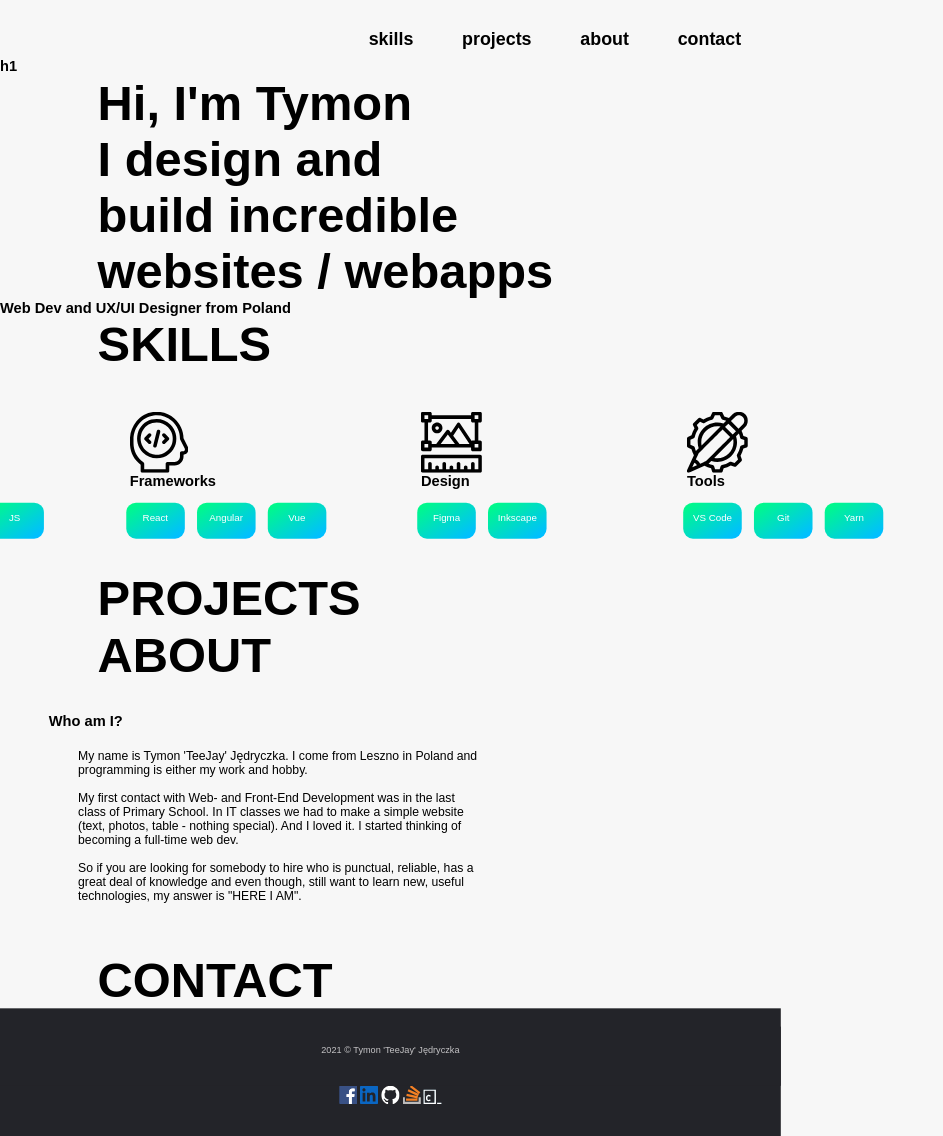
Repository: TeeJaysDev/Portfolio
Page: index.html
The author's editor kept a copy of each file at every save. The page is drawn from the files as they stood at one save, then again after a run of saves.
The browser window is 1280 px wide. The page is 1546 px wide, so the pictures cover 1546 px, including what lies to the right of the window. The pictures show the whole page, at 61% of full size.

Above is the page before, as saved 2021-04-24 18:17:13.

### index.html
<!DOCTYPE html>
<html lang="en">
<head>
    <meta charset="UTF-8">
    <meta http-equiv="X-UA-Compatible" content="IE=edge">
    <meta name="viewport" content="width=device-width, initial-scale=1.0">
    <script type="text/javascript" src="script.js"></script>
    <link rel="stylesheet" href="style.css">
    <link href="https://fonts.googleapis.com/css2?family=Raleway&display=swap" rel="stylesheet">
    <link href="https://fonts.googleapis.com/css2?family=Quicksand:wght@700&display=swap" rel="stylesheet">
    <title>Tymon Jędryczka | Portfolio</title>
</head>
<body>
    <nav>
        <a href="#skills"><h3>skills</h3></a>
        <a href="#projects"><h3>projects</h3></a>
        <a href="#about"><h3>about</h3></a>
        <a href="#contact"><h3>contact</h3></a>
    </nav>
    <header>
        <h2 class="welcome_part_h1">h1</h2>
        <h1 class="welcome_part">
            Hi, I'm <strong>Tymon</strong><br>
            I design <strong>and</strong><br>
            build <strong>incredible</strong><br>
            websites / <strong>webapps</strong>
        </h1>
        <h2 class="welcome_part_h2">
            Web Dev and UX/UI Designer from Poland
        </h2>
    </header>
    <main>
        <h1>
            SKILLS
        </h1>
        <section id="skills">
                <div class="languages">
                    <div class="box">
                        <div class="imageh2">
                            <img src="Images/svg/languages.svg">
                            <h2>Languages</h2>
                        </div>
                        <div class="text">
                            <li>HTML</li>
                            <li>CSS</li>
                            <li>JS</li>
                        </div>
                    </div>
                </div>
                <div class="frameworks">
                    <div class="box">
                        <div class="imageh2">
                            <img src="Images/svg/frameworks.svg">
                            <h2>Frameworks</h2>
                        </div>
                        <div class="text">
                            <li>React</li>
                            <li>Angular</li>
                            <li>Vue</li>
                        </div>
                    </div>
                </div>
                <div class="design">
                    <div class="box">
                        <div class="imageh2">
                            <img src="Images/svg/design.svg">
                            <h2>Design</h2>
                        </div>
                        <div class="text">
                            <li>Figma</li>
                            <li>Inkscape</li>
                        </div>
                    </div>
                </div>
                <div class="tools">
                    <div class="box">
                        <div class="imageh2">
                            <img src="Images/svg/tools.svg">
                            <h2>Tools</h2>
                        </div>
                        <div class="text">
                            <li>VS Code</li>
                            <li>Git</li>
                            <li>Yarn</li>
                        </div>
                    </div>
                </div>
        </section>
        <section id="projects">
            <h1>
                PROJECTS
            </h1>
        </section>
        <section id="about">
            <h1>
                ABOUT
            </h1>
            <h2>
                Who am I?
            </h2>
            <p>
                My name is Tymon 'TeeJay' Jędryczka. I come from Leszno in Poland and programming is either my work and hobby.
                <br><br>
                My first contact with Web- and Front-End Development was in the last class of Primary School. In IT classes we had to make a simple website (text, photos, table - nothing special). And I loved it. I started thinking of becoming a full-time web dev.
                <!-- <br><br> I am also a self-taught dev and with CodeCademy and YouTube I get knowledge of HTML5, CSS3, JS, and its frameworks (React, Angular, Vue). I call myself a 2-in-1 developer 'cause I design things (usually in Figma) and then make them real by writing some code. -->
                <br><br>
                So if you are looking for somebody to hire who is punctual, reliable, has a great deal of knowledge and even though, still want to learn new, useful technologies, my answer is "HERE I AM".
            </p>
        </section>
        <section id="contact">
            <h1>
                CONTACT
            </h1>
        </section>
    </main>
    <footer>
        <h4>2021 &copy; Tymon 'TeeJay' Jędryczka</h4>
        <li><a href="https://facebook.com/tymonjedr/" target="_blank"><img src="Images/svg/facebook.svg" alt="Facebook LOGO"></a></li>
        <li><a href="https://linkedin.com/in/tymon-jedryczka/" target="_blank"><img src="Images/svg/linkedin.svg" alt="LinkedIn LOGO"></a></li>
        <li><a href="https://github.com/TeeJaysDev" target="_blank"><img src="Images/svg/github.svg" alt="GitHub LOGO"></a></li>
        <li><a href="https://stackoverflow.com/users/15029595/teejaysdev" target="_blank"><img src="Images/svg/stack.svg" alt="Stack LOGO"></a></li>
        <li><a href="https://codecademy.com/profiles/TeeJaysDev" target=”_blank”><img src="Images/svg/codecademy.svg" alt="CodeCademy LOGO"></a></li>
    </footer>
</body>
</html>

### style.css
* {
    margin: 0;
    padding: 0;
    font-family: sans-serif;
    text-decoration: none;
}

body {
    background-color: #F7F7F7;
}

nav {
    display: flex;
    justify-content: flex-end;
    margin-right: 0rem;
    margin-top: 0rem;
}

nav a {
    color: #000000;
    padding: 0.938rem;
    margin-top: 2rem;
    margin-right: 3.125rem;
    font-size: 1.563rem;
}

 main .welcome_part_h1 {
    font-family: monospace;
    font-size: 3.75rem;
    margin-top: 9rem;
    margin-left: 2.5rem;
    margin-bottom: 0rem;
}

main .welcome_part {
    margin-top: 2rem;
    margin-left: 5rem;
    margin-bottom: 2rem;
    font-family: Raleway;
    font-weight: lighter;
    font-size: 5rem;
    min-width: 18ch;
}

main .welcome_part_h2 {
    margin-bottom: 13rem;
    margin-left: 4rem;
}

main {

}

#skills {
    display: flex;
    justify-content: center;
}

h1 {
    font-size: 5rem;
    margin-left: 10rem;
}

.imageh2 {
    display: flex;
    flex-wrap: wrap;
    align-items: flex-start;
    margin: 4rem 20rem 1rem 1rem;
}

.text {
    display: flex;
    flex-wrap: wrap;
}

.text li {
    list-style: none;
    margin: 1rem;
    color: #fff;
    padding-top: 1rem;
    text-align: center;
    align-items: center;
    border-radius: 1rem;
    margin: 5px 10px;
    width: 6rem;
    background-image: linear-gradient(147deg,#00FF7F,#00BFFF 90%);
    padding-bottom: 25px;
}

#about p {
    font-size: 1.25rem;
    max-width: 60ch;
    margin-left: 8rem;
    margin-bottom: 5rem;
    margin-top: 2rem;
}

#about h2 {
    margin-left: 5rem;
    margin-top: 3rem;
}

#projects h1 {
    width: 15%;
    margin-top: 3rem;
}

#about h1 {
    width: 15%;
}

#contact h1 {
    width: 17%;
}

footer, footer h4 {
    color: #C5C4C6;
    background-color: #232429;
    font-family: Arial, Helvetica, sans-serif;
    font-size: 0.938rem;
    font-weight: lighter;
    text-align: center;
    z-index: -1;
    padding-top: 1.875rem;
    padding-bottom: 3.125rem;
}

footer li{
    margin: 0 1.25;
    display: inline;
}

body .error {
    text-align: center;
}

.error p {
    font-family: Quicksand;
    font-weight: 700;
    color: #000000;
    font-size: 20rem;
    margin-top: 5rem;
}

.error button a {
    text-decoration: none;
    text-align: center;
    color: #000000;
    font-size: 2rem;
    padding: 3rem;
}

.error .mainError {
    display: flex;
    text-align: center;
    margin-left: 40rem;
    margin-right: auto;
}

.error img {
    width: 250px;
}

.error button {
    margin-top: 10rem;
}
/* Smartphone (portrait) --- */

@media only screen
and (min-width: 320px)
and (max-width: 767px) {

    nav {
        display: flex;
        justify-content: flex-end;
        margin-right: 1rem;
        margin-top: 0rem;
    }

    nav a {
        padding: 0.938rem;
        margin-top: 2rem;
        margin-right: -1rem;
        font-size: 1rem;
    }

     main .welcome_part_h1 {
        font-family: monospace;
        font-size: 2.5rem;
        margin-top: 9rem;
        margin-left: 1rem;
    }

    main .welcome_part {
        margin-top: 1rem;
        margin-left: 2rem;
        margin-bottom: 2rem;
        font-size: 1.63rem;
        min-width: 18ch;
    }

    main .welcome_part_h2 {
        margin-bottom: 10rem;
        margin-left: 2rem;
        font-size: 1rem;
    }

    section h1 {
        font-size: 3rem;
        margin-bottom: 1.563rem;
    }

    #about p {
        font-size: 1.25rem;
        max-width: 22ch;
        margin-left: 2rem;
        margin-bottom: 5rem;
    }

    #about h2 {
        margin-left: 2rem;
        margin-top: 5rem;
    }

    footer, footer h4 {
        padding-top: 1.875rem;
        padding-bottom: 3.125rem;
        width: 100%;
    }

    footer li{
        margin: 0 1.25;
        display: inline;
    }
}



@media only screen
and (min-width: 768px)
and (max-width: 1024px)
and (orientation: portrait) {

    * {
        margin: 0;
        padding: 0;
        font-family: sans-serif;
        text-decoration: none;
    }

    body {
        background-color: #F7F7F7;
    }

    nav {
        display: flex;
        justify-content: flex-end;
        margin-right: 0rem;
        margin-top: 0rem;
    }

    nav a {
        color: #000000;
        padding: 0.938rem;
        margin-top: 2rem;
        margin-right: 3.125rem;
        font-size: 1.563rem;
    }

     main .welcome_part_h1 {
        font-family: monospace;
        font-size: 3.75rem;
        margin-top: 13rem;
        margin-left: 2.5rem;
        margin-bottom: 0rem;
    }

    main .welcome_part {
        margin-top: 2rem;
        margin-left: 5rem;
        margin-bottom: 2rem;
        font-family: Raleway;
        font-weight: lighter;
        font-size: 3.9rem;
        min-width: 18ch;
    }

    main .welcome_part_h2 {
        margin-bottom: 20rem;
        margin-left: 4rem;
    }

    #about p {
        font-size: 1.25rem;
        max-width: 45ch;
        margin-left: 8rem;
        margin-bottom: 5rem;
    }

    #about h2 {
        margin-left: 5rem;
        margin-top: 5rem;
    }

    #projects h1 {
        width: 15%;
        margin-top: 3rem;
    }

    #about h1 {
        width: 15%;
    }

    #contact h1 {
        width: 17%;
    }

    footer, footer h4 {
        color: #C5C4C6;
        background-color: #232429;
        font-family: Arial, Helvetica, sans-serif;
        font-size: 0.938rem;
        font-weight: lighter;
        text-align: center;
        z-index: -1;
        width: 100%;
        padding-top: 1.875rem;
        padding-bottom: 3.125rem;
    }

    body .error {
        text-align: center;
    }

    .error p {
        font-family: Quicksand;
        font-weight: 700;
        color: #000000;
        font-size: 20rem;
        margin-top: 5rem;
    }

    .error button a {
        text-decoration: none;
        text-align: center;
        color: #000000;
        font-size: 2rem;
        padding: 3rem;
    }

    .error .mainError {
        display: flex;
        text-align: center;
        margin-left: 40rem;
        margin-right: auto;
    }

    .error img {
        width: 250px;
    }

    .error button {
        margin-top: 10rem;
    }
}

@media only screen
and (min-width: 953)
and (max-width: 1230) {
     p {
        margin-left: 1rem;
    }
}

@media only screen
and (min-width: 550px)
and (max-width: 700px) {
    main .welcome_part_h1 {
        font-family: monospace;
        font-size: 3.75rem;
        margin-top: 13rem;
        margin-left: 2.5rem;
        margin-bottom: 0rem;
    }

    main .welcome_part {
        margin-top: 2rem;
        margin-left: 5rem;
        margin-bottom: 2rem;
        font-size: 2.6rem;
    }

    main .welcome_part_h2 {
        margin-bottom: 20rem;
        margin-left: 4rem;
    }
}

@media only screen
and (min-width: 1920px) {
    main .welcome_part_h1 {
        font-family: monospace;
        font-size: 3.75rem;
        margin-top: 13rem;
        margin-left: 2.5rem;
        margin-bottom: 0rem;
    }

    main .welcome_part {
        margin-top: 2rem;
        margin-left: 5rem;
        margin-bottom: 2rem;
        font-size: 5rem;
    }

    main .welcome_part_h2 {
        margin-bottom: 20rem;
        margin-left: 4rem;
        font-size: 2.5rem;
    }
}

@media only screen
and (max-width: 950) {

}

Loaded but not shown: script.js (no stored copy; drawn as an empty file)

After the next 2 saves:
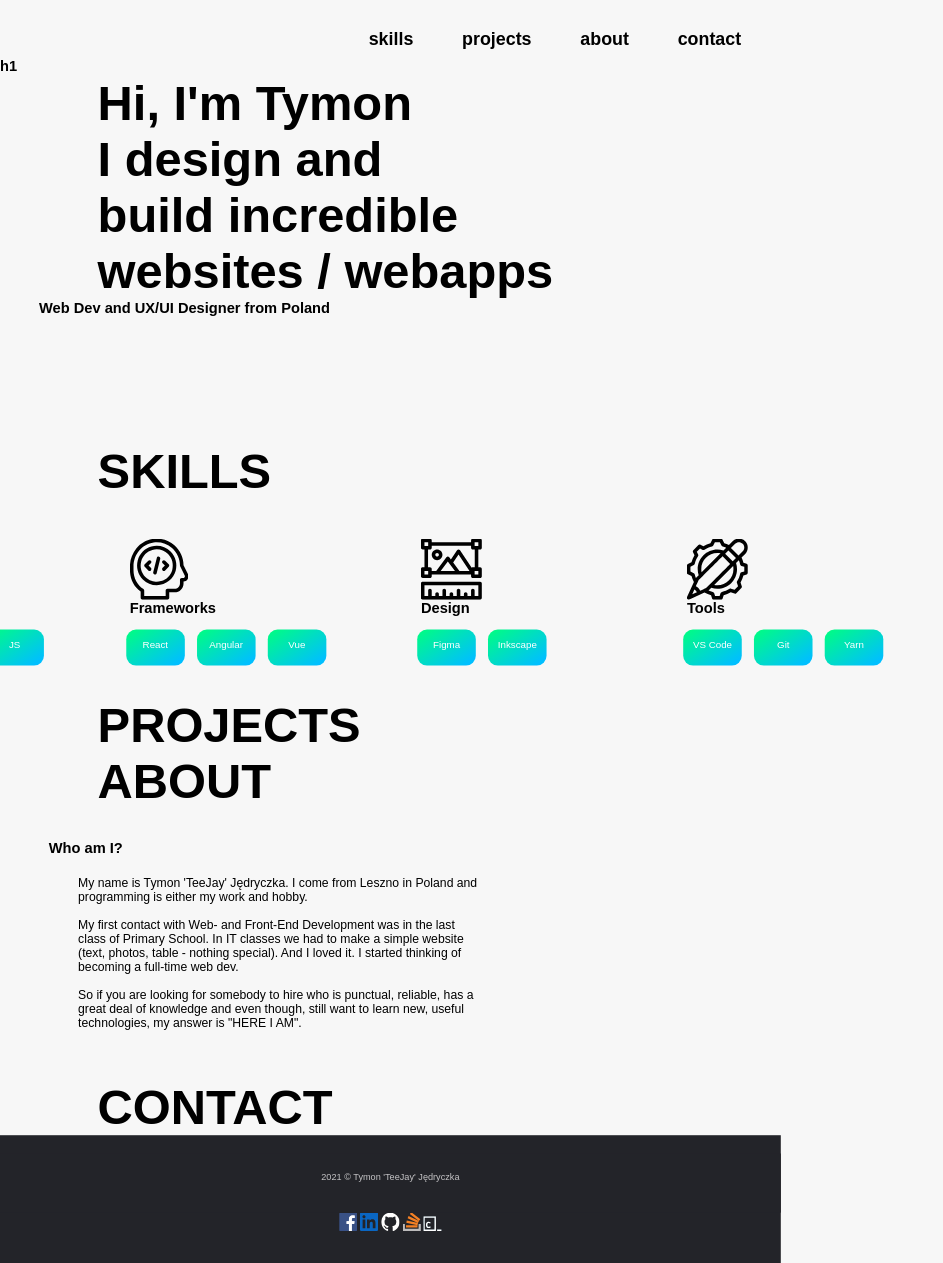
The 2 saves are shown as one change because they came seconds apart.
The last was saved 7 s later.
--- a/style.css
+++ b/style.css
@@ -42,7 +42,7 @@ main .welcome_part {
     min-width: 18ch;
 }
 
-main .welcome_part_h2 {
+.welcome_part_h2 {
     margin-bottom: 13rem;
     margin-left: 4rem;
 }
